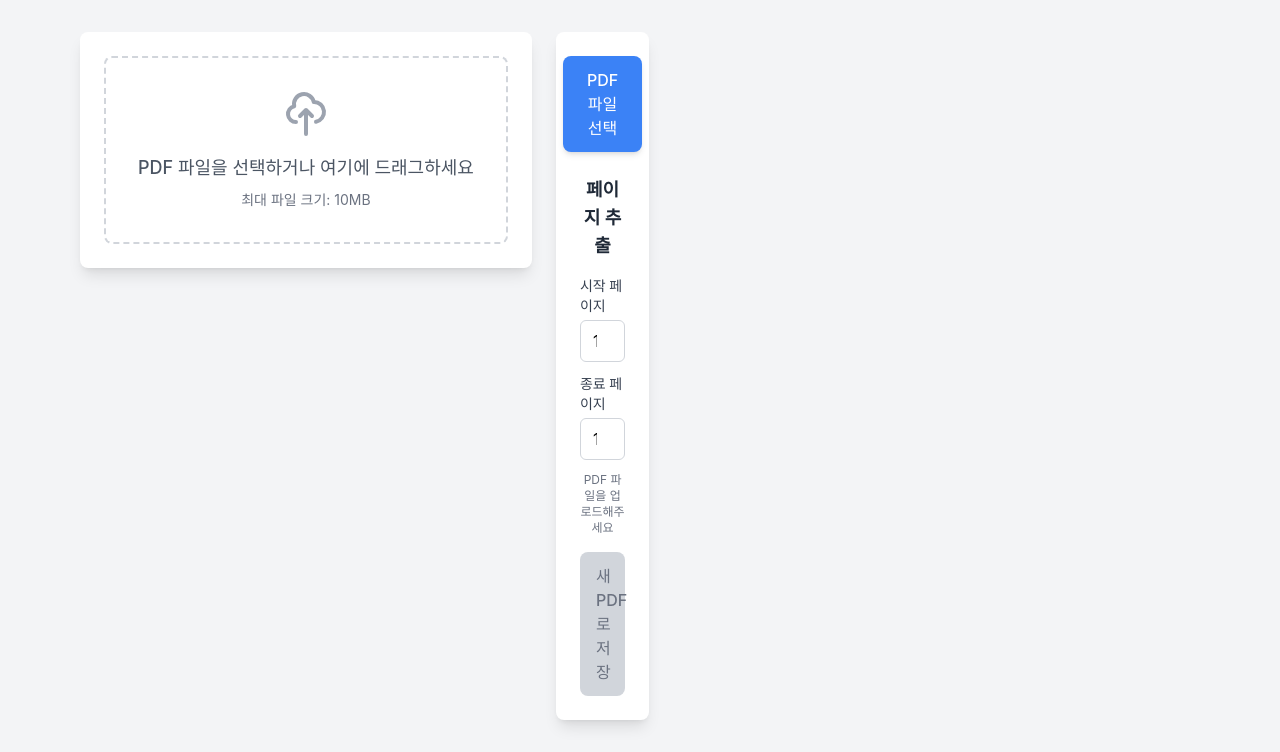
Repository: orcaCrew/PDF-Handler
Page: /
These files come from the project's save history. The page is drawn as it stood at one moment and after the next save; the edit follows.
The browser window is 1280 px wide. The pictures show the whole page.
The project was rebuilt for these pictures with package versions that can differ from the ones it lists, and the page was loaded fresh each time.

Above is the page before, as saved 2025-07-18 17:51:40.

After the next save:
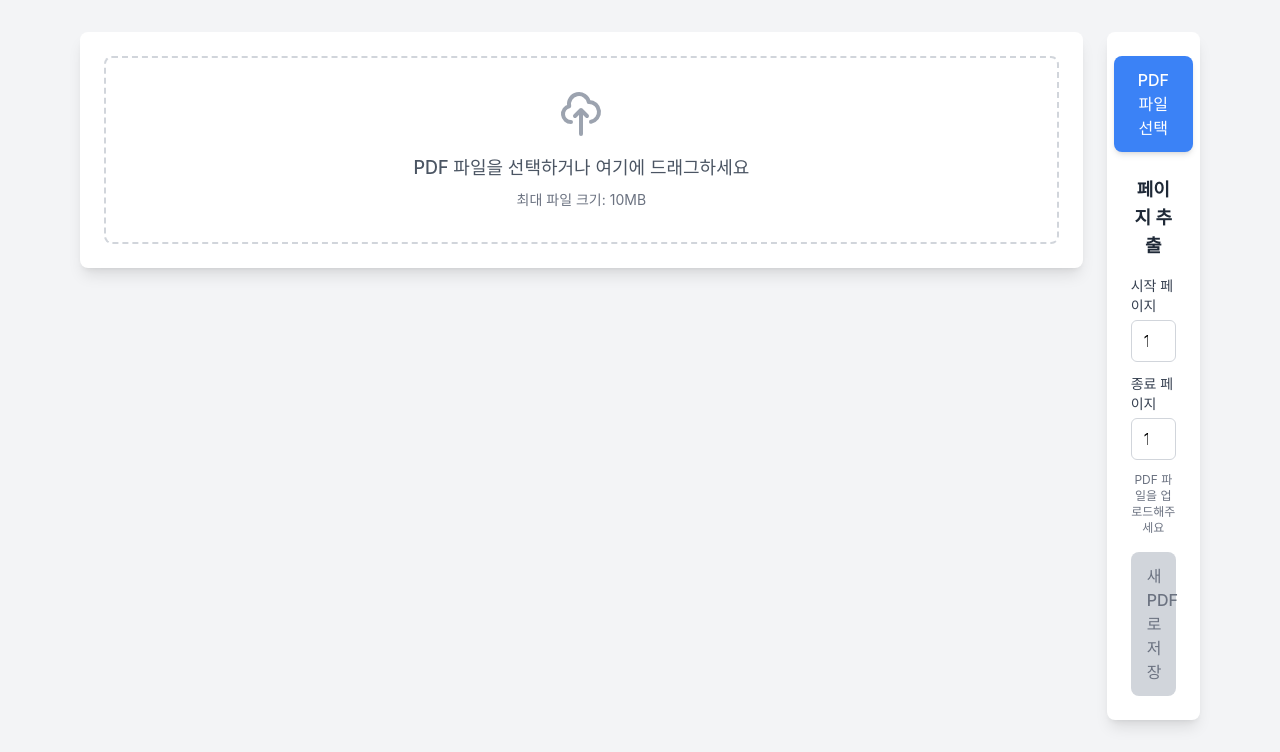
Saved 5 s later.
--- a/src/App.js
+++ b/src/App.js
@@ -157,7 +157,7 @@ function App() {
       <div className="max-w-6xl mx-auto px-4 space-y-6">
         <div className="flex flex-col lg:flex-row gap-6">
           {/* 페이지 리스트와 미리보기 영역 */}
-          <div className="lg:w-9/10">
+          <div className="lg:w-11/12">
             <div className="bg-white rounded-lg shadow-lg p-6">
               {file ? (
                 <div className="space-y-6">
